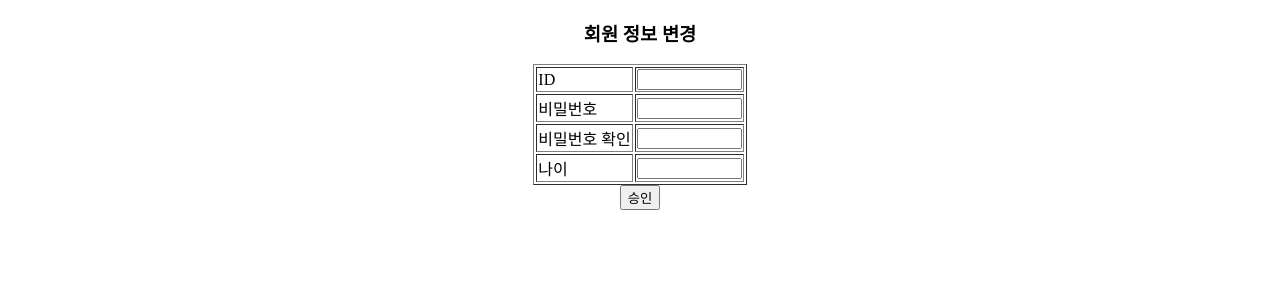
Repository: Juseong-Bang/jspWebProject
Page: http://localhost/FilmBooking/change.jsp
The author's editor kept a copy of each file at every save. The page is drawn from the files as they stood at one save, then again after a run of saves.
The browser window is 1280 px wide. The pictures show the whole page.
The page is served by Tomcat 9.

Above is the page before, as saved 2017-12-02 13:45:53.

After the next 2 saves:
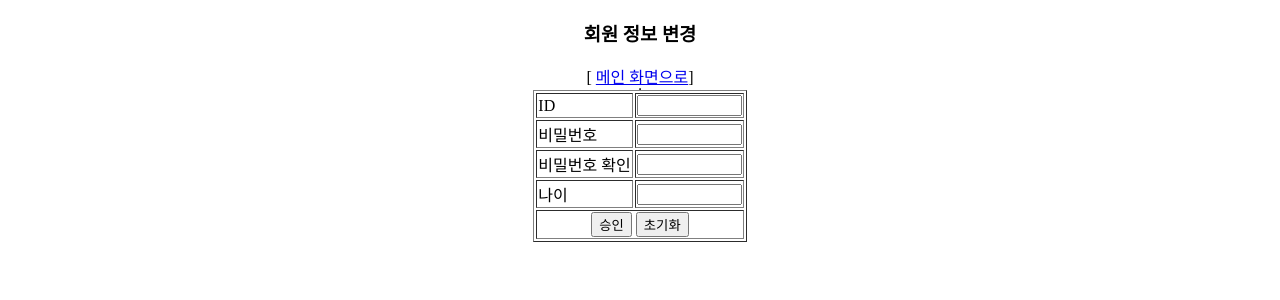
The 2 saves are shown as one change because they came seconds apart.
The last was saved 6 min 26 s later.
--- a/FilmBooking/WebContent/change.jsp
+++ b/FilmBooking/WebContent/change.jsp
@@ -9,26 +9,34 @@
 <body>
 	<div align="center">
 		<h3>회원 정보 변경</h3>
+		[ <a href=film_list.jsp>메인 화면으로</a>]
 		<table border="1">
-			<tr>
-				<td>ID</td>
-				<td><input type="text" size=10 name=ID /></td>
-			</tr>
-			<tr>
-				<td>비밀번호</td>
-				<td><input type="password" size=10 name=passward1 /></td>
-			</tr>
-			<tr>
-				<td>비밀번호 확인</td>
-				<td><input type="password" size=10 name=passward2 /></td>
-			</tr>
-			<tr>
-				<td>나이</td>
-				<td><input type="text" size=10 name=age /></td>
-			</tr>
-
-		</table>
-		<input type="submit" value=승인>
+			<form name=form1 method=post action=control.jsp>
+				<input type=hidden name="member" value="regist" /> <input
+					type="hidden" name="action" value="member" />
+				<table border="1">
+					<tr>
+						<td>ID</td>
+						<td><input type="text" size=10 name=name_mem /></td>
+					</tr>
+					<tr>
+						<td>비밀번호</td>
+						<td><input type="password" size=10 name=password1 /></td>
+					</tr>
+					<tr>
+						<td>비밀번호 확인</td>
+						<td><input type="password" size=10 name=password2 /></td>
+					</tr>
+					<tr>
+						<td>나이</td>
+						<td><input type="text" size=10 name=age_mem /></td>
+					</tr>
+					<tr>
+						<td colspan=3 align=center><input type="submit" value=승인>
+							<input type="submit" value=초기화></td>
+					</tr>
+				</table>
+			</form>
 	</div>
 </body>
 </html>
